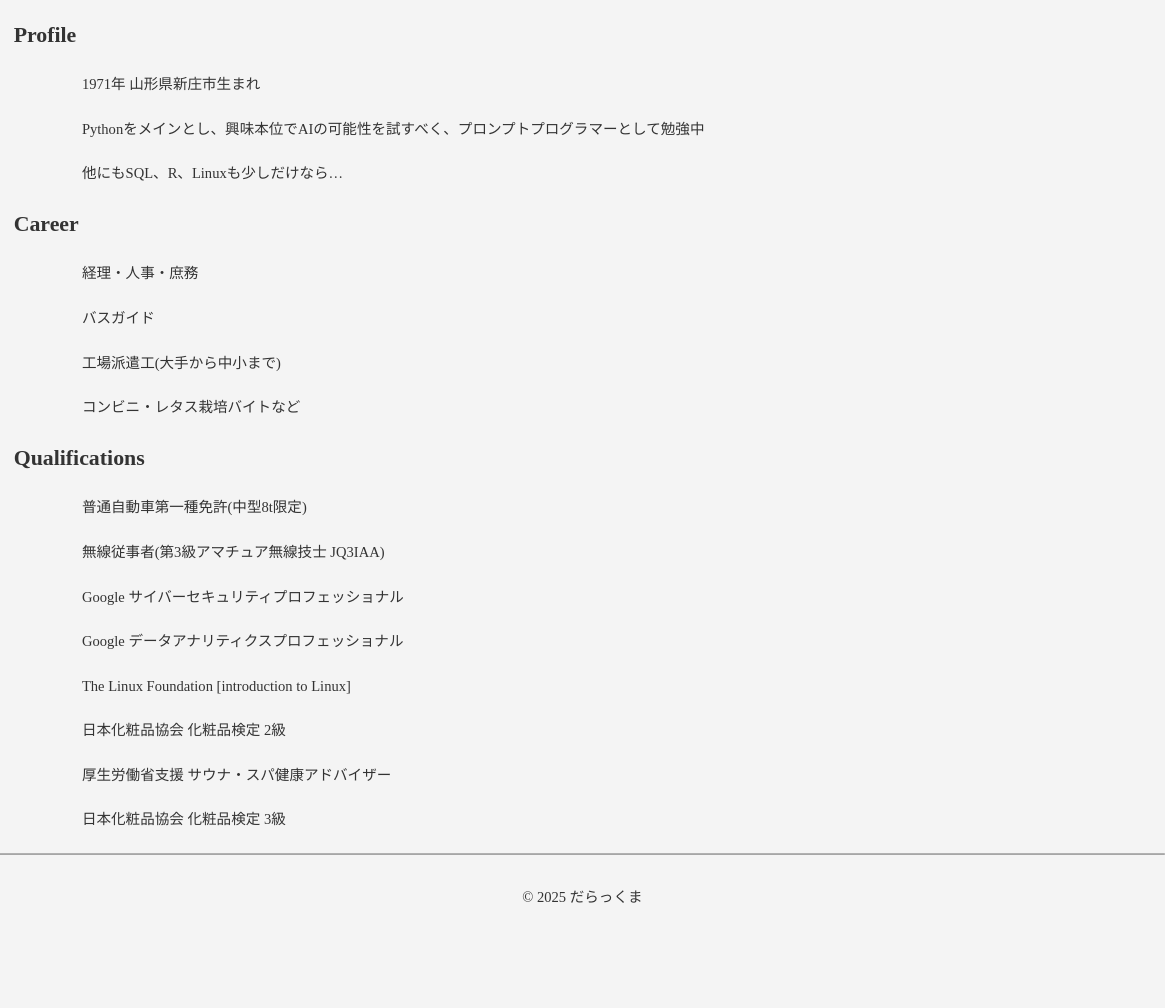
Repository: rydeen7907/html
Page: profile.html
These files come from the project's save history. The page is drawn as it stood at one moment and after a run of saves; the edit follows.
The browser window is 1280 px wide. The pictures show the whole page, at 91% of full size.

Above is the page before, as saved 2025-04-27 17:55:44.

### profile.html
<!DOCTYPE html>
<html lang="ja">
<head>
    <meta charset="UTF-8">
    <meta name="viewport" content="width=device-width, initial-scale=1.0">
    <title>Profile - だらっくまのサイト</title>
    <link rel="stylesheet" href="style.css">
</head>
<body>
    <main>
        <h2>Profile</h2>
        <ul>
            <p>1971年 山形県新庄市生まれ</p>
            <p>Pythonをメインとし、興味本位でAIの可能性を試すべく、プロンプトプログラマーとして勉強中</p>
            <p>他にもSQL、R、Linuxも少しだけなら…</p>
        </ul>

        <h2>Career</h2>
        <ul>
        <p>経理・人事・庶務</p>
        <p>バスガイド</p>
        <p>工場派遣工(大手から中小まで)</p>
        <p>コンビニ・レタス栽培バイトなど</p>
        </ul>

        <h2>Qualifications</h2>
        <ul>
        <p>普通自動車第一種免許(中型8t限定)</p>
        <p>無線従事者(第3級アマチュア無線技士 JQ3IAA)</p>
        <p>Google サイバーセキュリティプロフェッショナル</p>
        <p>Google データアナリティクスプロフェッショナル</p>
        <p>The Linux Foundation [introduction to Linux]</p>
        <p>日本化粧品協会 化粧品検定 2級</p>
        <p>厚生労働省支援 サウナ・スパ健康アドバイザー</p>
        <p>日本化粧品協会 化粧品検定 3級</p>
        </ul>

    </main>

 <footer class="social-links">
        <p>&copy; 2025 だらっくま</p>
    </footer>

</body>
</html>

### style.css
/* 基本スタイル */
:root {
    /* 色の設定 */
    --text-color-dark: #333; /*  */
    --text-color-light: #555; /*  */
    --background-color: #f4f4f4; /*  */
    --background-color-scroll: aqua; /*  */
    --link-color: #333; /* リンクの色 */
    --link-color-hover: #ff8000; /* ホバー時のリンク色 */

/* タイポグラフィ */
    --font-family: Arial, sans-serif; /* フォントファミリー */
    --line-height-base: 1.5; /* 行間を調整 (例：1.5倍 px,%,emでも可能) */
    --font-size-small: 12px; /* フォントサイズを小さく */
    --font-size-base: 16px; /* 基本フォントサイズ */
    --font-size-large: 24px; /* 大きなフォントサイズ */
    --font-size-xlarge: 32px; /* 特大フォントサイズ */

/* 余白 */
    --margin-xs: 5px; /* 小さなマージン */
    --margin-s: 10px; /* 基本マージン */
    --margin-m: 15px; /* 中くらいのマージン */
    --margin-l: 20px; /* 大きなマージン */
    --margin-xl: 25px; /* 特大マージン */
    --margin-xxl: 40px; /* 特特大マージン */
    --margin-xxxl: 50px; /* 特特特大マージン */
}

body {
    margin: 0; /* ブラウザデフォルトのマージンをリセット */
    padding: 0; /* ブラウザデフォルトのパディングをリセット */
    padding-bottom: var(--margin-xxxl); /* ページ下部のパディングを追加 */
    font-family: var(--font-size-base);
    line-height: var(--line-height-base); /* 行間を読みやすく調整 (例：2.0倍 px,%,emでも可能) */
    color: var(--text-color-dark); /* 文字色を濃いグレーに設定 */
    background-color: var(--background-color); /* 背景色を薄いグレーに設定 */
}

/* ヘッダー */
.header-image {
    display: block; /* 中央配置のためブロック要素に */
    width: 100%;
    /* max-width: auto; は width: 100%; があれば不要 */
    height: 400px;
    margin: 0 auto; /* 上下のマージンは０、左右は自動で中央揃え */
    object-fit: cover; /* 画像のアスペクト比を維持、要素に合わせる */
}

/* 画像の説明文 */
.image-caption {
    padding-top: var(--margin-xs); /* 上部のパディングを追加 */
    padding-bottom: var(--margin-xs); /* 下部のパディングを追加 */
    padding-left: var(--margin-m);    /* 左側のパディングを追加 */
    padding-right: var(--margin-m); /* 右側のパディングを追加 */

    margin-top: var(--margin-xs); /* 上部のマージンを追加 */
    margin-bottom: var(--margin-xl); /* 下部のマージンを追加 */
    font-size: var(--font-size-small); /* フォントサイズを小さく */
    color: var(--text-color-light); /* 文字色を薄いグレーに */
    text-align: right; /* 右寄せ */
}

/* 画像キャプション内のリンク */
.image-caption a {
    color: inherit; /* リンクの色 */
    text-align: right;
    text-decoration: none; /* 下線を削除 */
}
.image-caption a:hover,
.image-caption a:focus {
    color: var(--link-color-hover); /* ホバー時のリンク色 */
    text-decoration: underline; /* 下線を追加 */
}

/* スクロールテキストコンテナ */
.scrolling-text-container {
    width: 100%; /* 幅 */
    height: 55px; /* 高さ */
    margin-bottom: var(--margin-xxl); /* 下部のマージンを追加 */
    padding-top: var(--margin-xs); /* 上部のパディングを追加 */
    padding-bottom: var(--margin-s); /* 下部のパディングを追加 */
    box-sizing: border-box; /* パディングとボーダーを含めたサイズ計算 */
    background-color: var(--background-color-scroll); /* 背景色をアクアに設定 */
    overflow: hidden; /* はみ出た部分を隠す */
}

/* スクロールテキスト */
.scrolling-text {
    display: inline-block; /* インラインブロック要素に設定 */
    margin: 0; /* コンテナ内でのマージンを削除 */
    padding-left: 100%; /* 開始位置を右側に設定 */
    font-size: var(--font-size-large); /* フォントサイズ */
    font-weight: bold; /* 太字に設定 */
    color: var(--text-color-dark); /* 文字色を濃いグレーに */
    white-space: nowrap; /* 折り返し禁止 */
    animation: scroll-left 25s linear infinite; /* アニメーションを適用 */

}

/* スクロールアニメーションの定義 */
@keyframes scroll-left {
    0% {
        transform: translateX(0); /* 開始位置 */
    }
    100% {
        /* テキスト自身の幅だけ左に移動させる */
        transform: translateX(-150%);
    }
}

/* メインコンテンツ */
h1 {
    margin: var(--margin-xxl) 0 var(--margin-l); /* 上下のマージンを追加 */
    font-size: var(--font-size-xlarge); /* フォントサイズ */
    font-weight: bold; /* 太字に設定 */
    text-align: center; /* 中央配置 */
    color: var(--text-color-dark); /* 文字色を濃いグレーに */
}

main h2{
    margin-left: var(--margin-m); /* 左側のマージンを追加 */
}

/* 段落 p */
p {
    margin: var(--margin-xl) 0 ; /* 上下のマージンを追加 */
    text-align: center; /* 中央配置 */
    font-size: var(--font-size-base); /* フォントサイズ */
}

main p{
    margin-left: var(--margin-xxxl); /* 左側のマージンを追加 */
    text-align: left; /* 左寄せ */
    font-size: var(--font-size-base); /* フォントサイズ */
}

/* リンク a */
a {
    display: block;
    color: var(--link-color); /* 文字色を赤に */
    margin: var(--margin-s) auto; /* 上部のマージンを追加 */
    font-size: var(--font-size-base); /* フォントサイズ */
    font-weight: bold; /* 太字に設定 */
    text-align: center; /* 中央配置 */
    text-decoration: none; /* 下線を削除 */
    transition: color 0.3s; /* ホバー時の色変更にトランジションを追加 */
}

/* ホバー時のスタイル */
a:hover,
a:focus { /* ホバーとフォーカス時に適用するスタイル */
    color: var(--link-color-hover); /* ホバー時の文字色をオレンジに変更 */
    text-decoration: underline; /* 下線を追加 */
}

/* SNS リンク */
.social-links {
    text-align: center;
    margin: var(--margin-xl) 0; /* 上下のマージンを追加 */
    padding-bottom: var(--margin-s); /* 上下のパディングを追加 */
    border-top: 1px solid var(--text-color-light); /* 上部に薄いグレーのボーダーを追加 */
    padding-top: var(--margin-s); /* 上部のパディングを追加 */
}

.social-links h2 {
    font-size: var(--font-size-base); /* フォントサイズ */
    color: var(--text-color-dark); /* 文字色を濃いグレーに */
    margin: var(--margin-s) 0; /* 上下のマージンを追加 */
    font-weight: normal; /* 太字に設定 */
}

.social-links ul {
    list-style: none; /* リストのマークを削除 */
    padding: 0; /* パディングを削除 */
    margin: 0; /* マージンを削除 */
}

.social-links li {
    display: inline-block; /* 横並び */
    margin: 0 var(--margin-s); /* 左右のマージンを追加 */
}

/* SNSリンク 固有のスタイル */
.social-links a {
    display: inline-block; /* クリック範囲を確保 */
    line-height: 1; /* 画像のベースラインを揃えるのに役立つ */
    /* color: var(--link-color); /* リンクの色 */
    text-decoration: none; /* 下線を削除 */
    /*font-size: var(--font-size-base); /* フォントサイズ */
    transition: opacity 0.3s; /* ホバー時の透明度変更 (テキスト：color 0.3s)*/
}

.social-icon {
    width: 48px; /* アイコンの幅 */
    height: 48px; /* アイコンの高さ */
    vertical-align: middle; /* 他のアイコンと並んだ場合の垂直配置を中央に */
    /*object-fit: cover; /* 画像のアスペクト比を維持、要素に合わせる */
}

/* ホバー時のスタイル */
.social-links a:hover,
.social-links a:focus {
    /* color: var(--link-color-hover); /* ホバー時の文字色をオレンジに変更 */
    /* text-decoration: underline; /* 下線を追加 */
    opacity: 0.7; /* ホバー時の透明度を変更 */
}

After the next 6 saves:
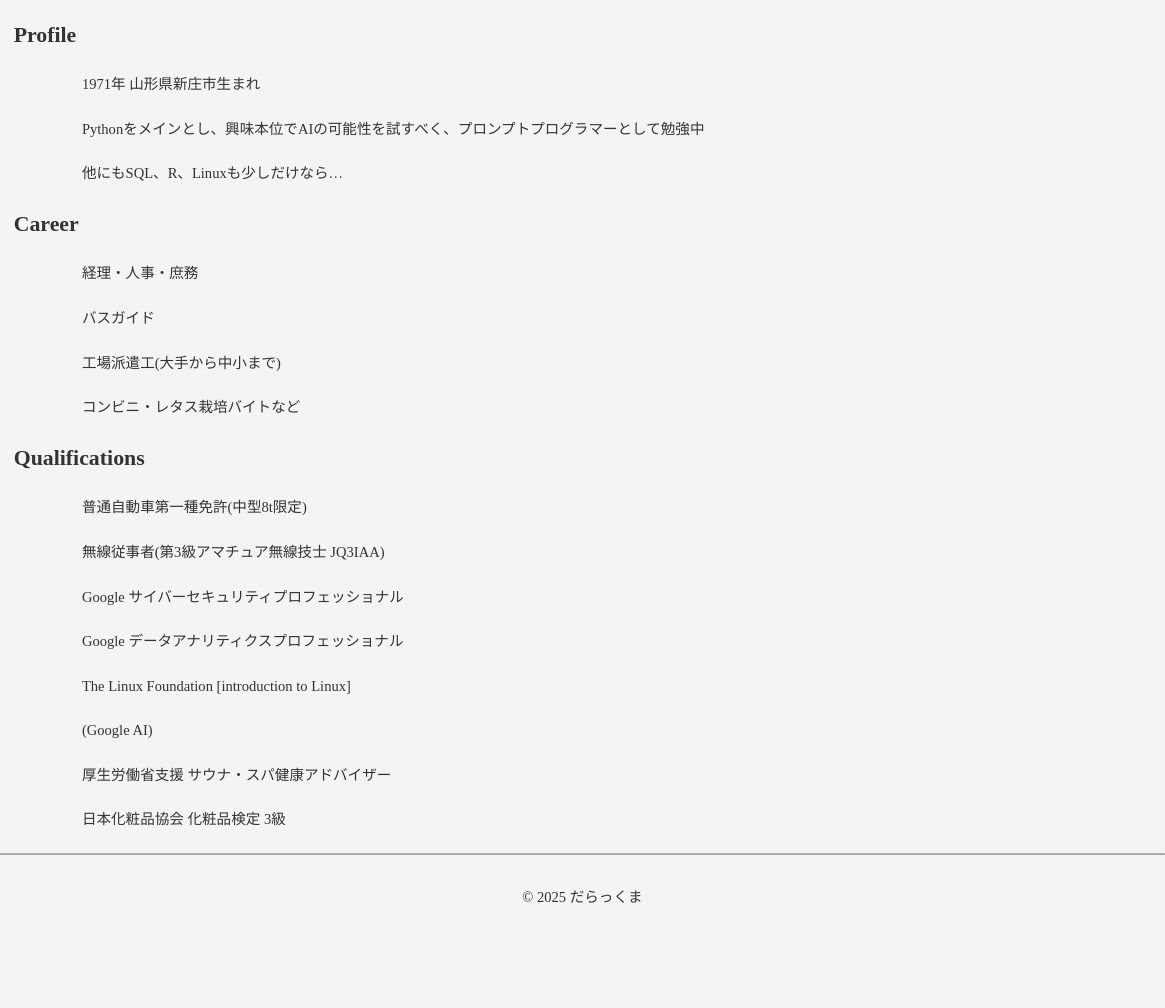
The 6 saves are shown as one change because they came seconds apart.
The last was saved 12 s later.
--- a/profile.html
+++ b/profile.html
@@ -30,7 +30,7 @@
         <p>Google サイバーセキュリティプロフェッショナル</p>
         <p>Google データアナリティクスプロフェッショナル</p>
         <p>The Linux Foundation [introduction to Linux]</p>
-        <p>日本化粧品協会 化粧品検定 2級</p>
+        <p>(Google AI)</p>
         <p>厚生労働省支援 サウナ・スパ健康アドバイザー</p>
         <p>日本化粧品協会 化粧品検定 3級</p>
         </ul>
